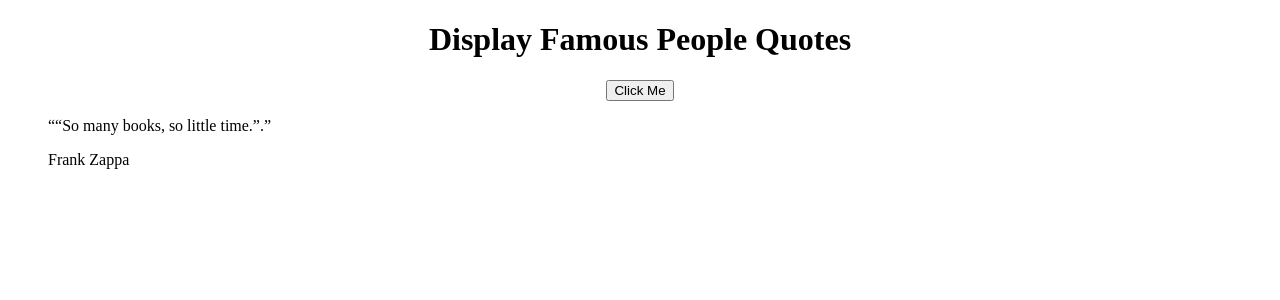
Repository: NiutaR/quotes-dom
Page: index.html
The author's editor kept a copy of each file at every save. The page is drawn from the files as they stood at one save, then again after the next save.
The browser window is 1280 px wide. The pictures show the whole page.
After loading, the first visible `#btnId` was clicked once.

Above is the page before, as saved 2021-07-20 19:45:43.

### index.html
<!DOCTYPE html>
<html lang="en">

<head>
    <meta charset="UTF-8">
    <meta http-equiv="X-UA-Compatible" content="IE=edge">
    <meta name="viewport" content="width=device-width, initial-scale=1.0">
    <title> Display Famous People Quotes</title>
</head>

<body>
    <div id="container">
        <h1>Display Famous People Quotes</h1>
        <button id="btnId">Click Me</button>
    </div>
    <blockquote>
        <p id="quotation"></p>
        <p id="author"></p>
    </blockquote>
    <script src="index.js"></script>
</body>

</html>

### index.js
//document.getElementById('container').style.position = 'absolute';


const divEl = document.getElementById('container');
divEl.style.textAlign = 'center';


// List author and quotes as an array of obj

let list = [
    {
        'author' : 'Oscar Wilde',
        'quote' : '“Be yourself; everyone else is already taken.”'
    },
    {
        'author' : 'Albert Einstein',
        'quote' : '“Two things are infinite: the universe and human stupidity; and I am not sure about the universe.”'
    },
    {
        'author' : 'Frank Zappa',
        'quote' : '“So many books, so little time.”'
    },
    {
        'author' : 'Marcus Tullius Cicero',
        'quote' : '“A room without books is like a body without a soul.”'
    },
    {
        'author' : 'Mae West',
        'quote' : '“You only live once, but if you do it right, once is enough.”'
    },
    {
        'author' : 'Mahatma Gandhi',
        'quote' : '“Be the change that you wish to see in the world.”'
    }
];

let button = document.getElementById('btnId');



/*button.addEventListener('click', function(e) {
    /*let content = e.target.innerHTML;
    currentAuthor = list.findIndex(el => el.author === content);
    let currentQuote = list[currentAuthor].author;
    for (let i = 0; list[i].author == currentQuote; i--) {
        return list[i].author;
    }
    //console.log(list[1]);
    for(i = 0; i < list.length; i++) {
        //console.log(list);
        //return list.forEach(element => console.log(element));
        //let showQuotes =
        //return list.forEach(element => console.log(element));
        return list.forEach(element);
    }

});*/

function randomQuote() {
    let random = list[Math.floor(Math.random() * list.length)];
    quotation.innerText = `“${random.quote}.”`;
    author.innerText = random.author;
}
document.querySelector("button").addEventListener('click', randomQuote);


button.addEventListener('click', function() {
    let random = list[Math.floor(Math.random() * list.length)];
    for(i = 0; i < list.length; i++) {
        if (quotation.innerText = `“${random.quote}.”`) {
            return author.innerText = `${random.author}`;
        } else {
            'Something wrong';
        }

    }
})

After the next save:
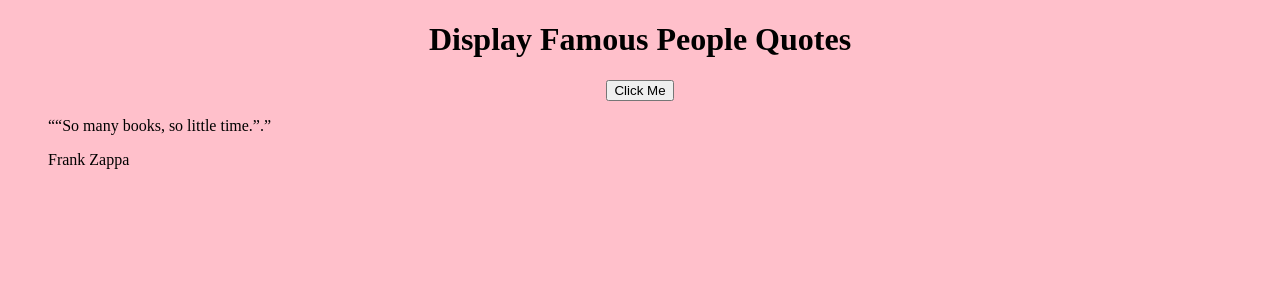
Saved 4 s later.
--- a/index.js
+++ b/index.js
@@ -66,6 +66,7 @@ document.querySelector("button").addEventListener('click', randomQuote);
 
 button.addEventListener('click', function() {
     let random = list[Math.floor(Math.random() * list.length)];
+    document.body.style.background = 'pink';
     for(i = 0; i < list.length; i++) {
         if (quotation.innerText = `“${random.quote}.”`) {
             return author.innerText = `${random.author}`;
